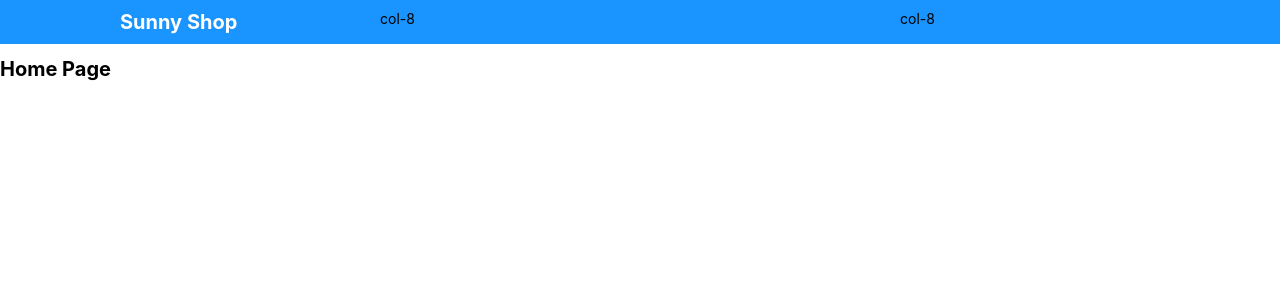
Repository: manhhieu120499/E-Commerce
Page: /
These files come from the project's save history. The page is drawn as it stood at one moment and after a run of saves; the edit follows.
The browser window is 1280 px wide. The pictures show the whole page.
The project was rebuilt for these pictures with package versions that can differ from the ones it lists, and the page was loaded fresh each time. Also part of the build but not shown: src/pages/product/Product.js, src/pages/order/Order.js, src/pages/notFound/NotFound.js, src/layouts/NormalLayout/NormalLayout.js.

Above is the page before, as saved 2024-12-31 18:07:54.

After the next 2 saves:
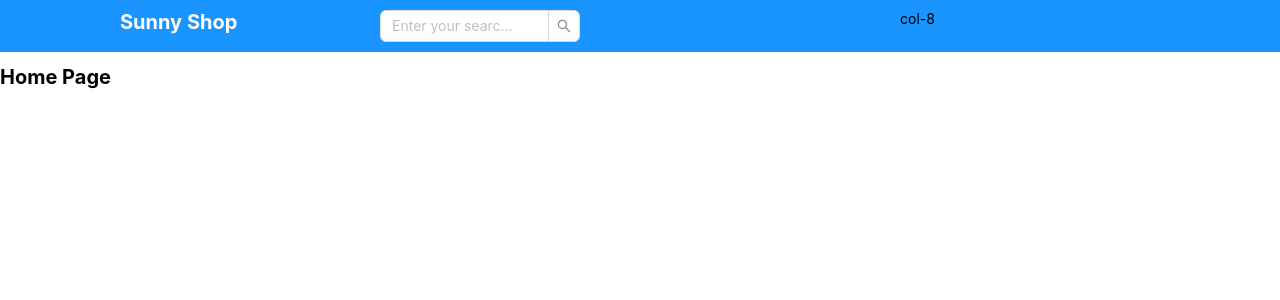
The 2 saves are shown as one change because 1 did not build or start.
The last was saved 5 min 34 s later.
--- a/src/components/Header/Header.js
+++ b/src/components/Header/Header.js
@@ -1,5 +1,7 @@
-import { Col, Row } from "antd";
+import { Col, Row, Input } from "antd";
 import { WrapperRow, WrapperSpan } from "./HeaderStyle";
+
+const { Search } = Input;
 
 export default function Header({ children }) {
   return (
@@ -8,7 +10,15 @@ export default function Header({ children }) {
         <Col span={6}>
           <WrapperSpan>Sunny Shop</WrapperSpan>
         </Col>
-        <Col span={12}>col-8</Col>
+        <Col span={12}>
+          <Search
+            placeholder="Enter your search term..."
+            allowClear
+            style={{
+              width: 200,
+            }}
+          />
+        </Col>
         <Col span={6}>col-8</Col>
       </WrapperRow>
     </div>
